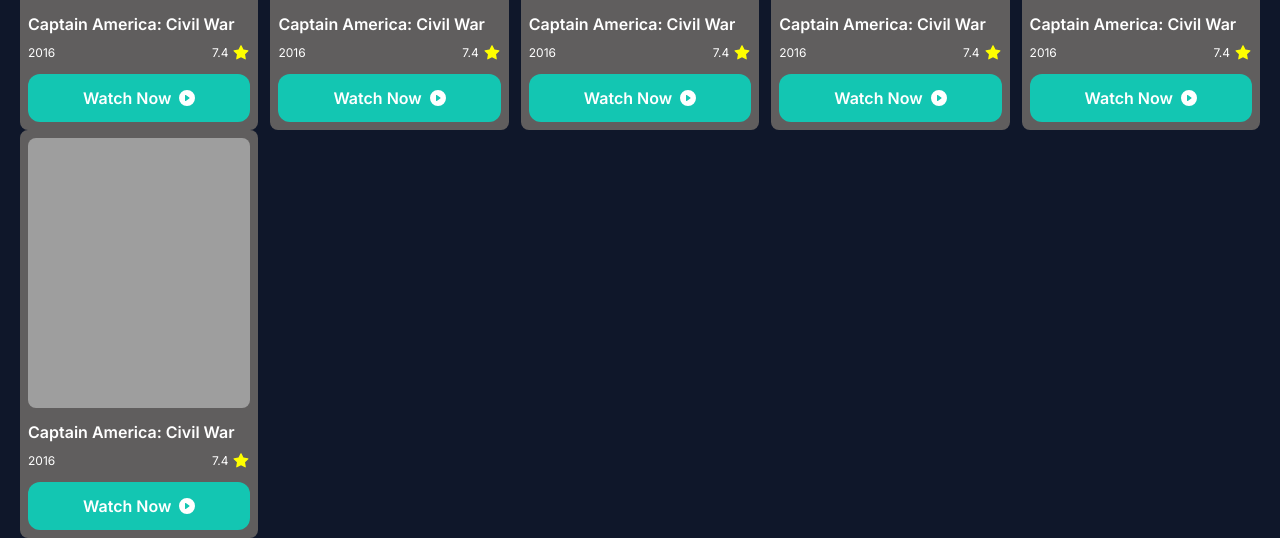
Repository: ajincome26/trailer-movies
Page: /
An editor plug-in stored every save of this project. The page is shown before and after the next save, followed by the edit.
The browser window is 1280 px wide. The pictures show the part of the page from y = 914 to 1464 px (the page is 1452 px tall before and 1464 px after).
Pictures or frames that could not be fetched are drawn as grey boxes. The project was rebuilt for these pictures with package versions that can differ from the ones it lists, and the page was loaded fresh each time. Also part of the build but not shown: vite.config.js.

Above is the page before, as saved 2023-03-27 16:06:16.

After the next save:
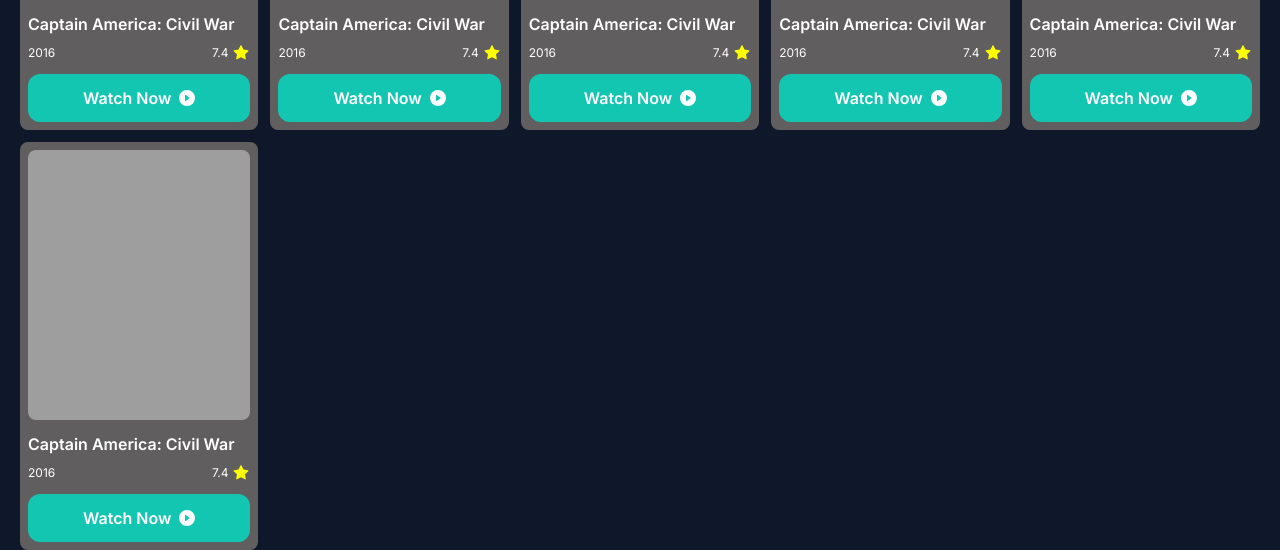
Saved 32 s later.
--- a/src/App.jsx
+++ b/src/App.jsx
@@ -65,7 +65,7 @@
       </section>
       <section className="movies-layout page-container">
         <h2 className="capitalize text-2xl font-bold my-5">Now Playing</h2>
-        <div className="movies-list grid grid-cols-5 gap-x-3">
+        <div className="movies-list grid grid-cols-5 gap-3">
           <div className="movie-item rounded-lg p-2 bg-[#605e5e] flex flex-col gap-3">
             <div className="w-full h-[270px] rounded-lg overflow-hidden">
               <img
